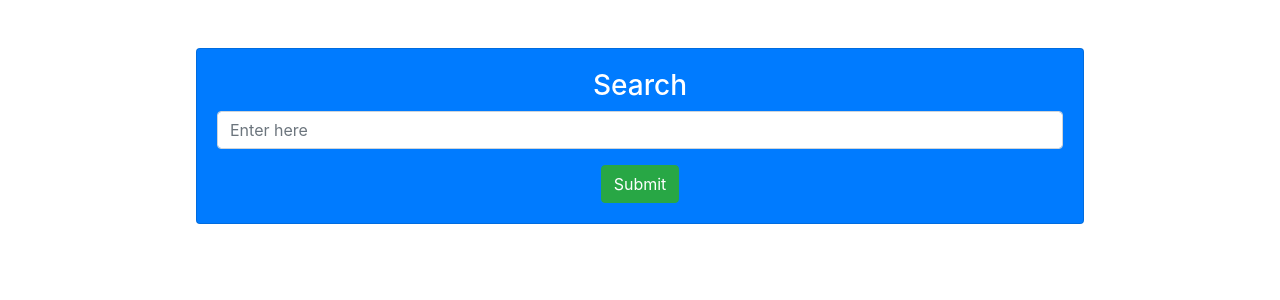
Repository: parvaizsajad/SpringFrameWork
Page: http://localhost/com.springMvc.search/home
These files come from the project's save history. The page is drawn as it stood at one moment and after the next save; the edit follows.
The browser window is 1280 px wide. The pictures show the whole page.
Some web libraries are served in a nearby version. The page is served by Tomcat 9. Other server files are loaded and not shown.

Above is the page before, as saved 2021-09-10 09:38:43.

### com.springMvc.search/src/main/webapp/WEB-INF/spring-servlet.xml
<?xml version="1.0" encoding="UTF-8"?>


<!-- 2nd step step create the configuration file. -->

<beans xmlns="http://www.springframework.org/schema/beans"
	xmlns:xsi="http://www.w3.org/2001/XMLSchema-instance" xmlns:context="http://www.springframework.org/schema/context"
	xmlns:p="http://www.springframework.org/schema/p"
	xmlns:tx="http://www.springframework.org/schema/tx"
	xsi:schemaLocation="http://www.springframework.org/schema/beans
    http://www.springframework.org/schema/beans/spring-beans.xsd
    http://www.springframework.org/schema/context
    http://www.springframework.org/schema/context/spring-context.xsd
     http://www.springframework.org/schema/tx
    http://www.springframework.org/schema/tx/spring-tx.xsd
    ">
 <!--This is our bean or the metadata for our class  -->

 <context:component-scan base-package="com.springMvc.search"></context:component-scan>

<!--  view Resolver -->
   <bean class="org.springframework.web.servlet.view.InternalResourceViewResolver" name="viewResolver">
   <property name="prefix" value="/WEB-INF/views/"></property>
   <property name="suffix" value=".jsp"></property>
   </bean>




 </beans>

### com.springMvc.search/src/main/webapp/WEB-INF/views/home.jsp
<%@ page language="java" contentType="text/html; charset=ISO-8859-1"
    pageEncoding="ISO-8859-1"%>
<!doctype html>
<html lang="en">
  <head>
    <!-- Required meta tags -->
    <meta charset="utf-8">
    <meta name="viewport" content="width=device-width, initial-scale=1, shrink-to-fit=no">

    <!-- Bootstrap CSS -->
    <link rel="stylesheet" href="https://maxcdn.bootstrapcdn.com/bootstrap/4.0.0/css/bootstrap.min.css" integrity="sha384-Gn5384xqQ1aoWXA+058RXPxPg6fy4IWvTNh0E263XmFcJlSAwiGgFAW/dAiS6JXm" crossorigin="anonymous">

    <title>Hello, world!</title>
  </head>
  <body>
<div class="container">

<div class="card mx-auto mt-5 bg-primary" style="width: 80%">
<div class="card-body">

<form>
  <div class="form-group">
<div><h3 class="text-center text-white">Search</h3></div>

    <input type="text" class="form-control" id="text1"  placeholder="Enter here" name="text">

  </div>
  <div style="text-align: center">
    <button type="submit" class="btn btn-success">Submit</button>
  </div>

</form>
</div>
</div>
</div>

    <!-- Optional JavaScript -->
    <!-- jQuery first, then Popper.js, then Bootstrap JS -->
    <script src="https://code.jquery.com/jquery-3.2.1.slim.min.js" integrity="sha384-KJ3o2DKtIkvYIK3UENzmM7KCkRr/rE9/Qpg6aAZGJwFDMVNA/GpGFF93hXpG5KkN" crossorigin="anonymous"></script>
    <script src="https://cdnjs.cloudflare.com/ajax/libs/popper.js/1.12.9/umd/popper.min.js" integrity="sha384-ApNbgh9B+Y1QKtv3Rn7W3mgPxhU9K/ScQsAP7hUibX39j7fakFPskvXusvfa0b4Q" crossorigin="anonymous"></script>
    <script src="https://maxcdn.bootstrapcdn.com/bootstrap/4.0.0/js/bootstrap.min.js" integrity="sha384-JZR6Spejh4U02d8jOt6vLEHfe/JQGiRRSQQxSfFWpi1MquVdAyjUar5+76PVCmYl" crossorigin="anonymous"></script>
  </body>
</html>

### com.springMvc.search/src/main/java/com/springMvc/search/Generilizedexceptionhandler.java
package com.springMvc.search;

import org.springframework.http.HttpStatus;
import org.springframework.stereotype.Controller;
import org.springframework.web.bind.annotation.ControllerAdvice;
import org.springframework.web.bind.annotation.ExceptionHandler;
import org.springframework.web.bind.annotation.ResponseStatus;

@ControllerAdvice
public class Generilizedexceptionhandler {
	@ResponseStatus(value = HttpStatus.INTERNAL_SERVER_ERROR)
	@ExceptionHandler({NullPointerException.class,NumberFormatException.class})
	public String errorHandler() {

		return "nullException";
	}
}

### com.springMvc.search/src/main/java/com/springMvc/search/SearchController.java
package com.springMvc.search;

import org.springframework.stereotype.Controller;
import org.springframework.web.bind.annotation.RequestMapping;
@Controller
public class SearchController {
	@RequestMapping("/home")
	public String home() {

		System.out.println("going to home view");
		return("home");
	}

}

After the next save:
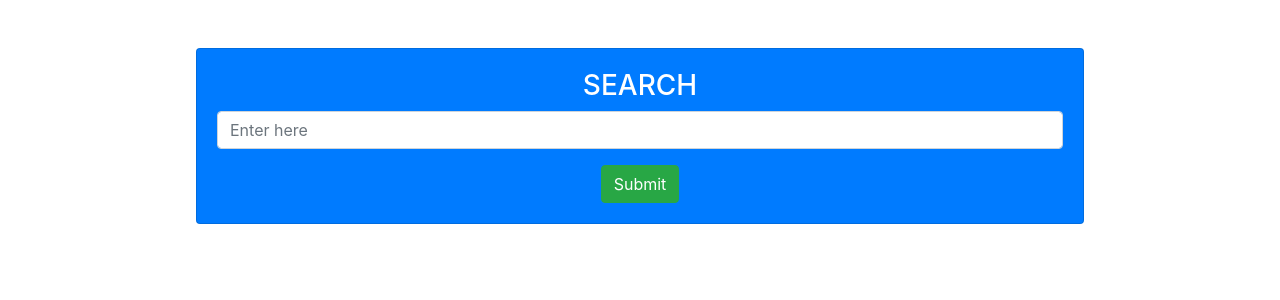
Saved 57 s later.
--- a/com.springMvc.search/src/main/webapp/WEB-INF/views/home.jsp
+++ b/com.springMvc.search/src/main/webapp/WEB-INF/views/home.jsp
@@ -20,7 +20,7 @@
 
 <form>
   <div class="form-group">
-<div><h3 class="text-center text-white">Search</h3></div>
+<div><h3 class="text-center text-white" style="text-transform: uppercase;">Search</h3></div>
 
     <input type="text" class="form-control" id="text1"  placeholder="Enter here" name="text">
 
